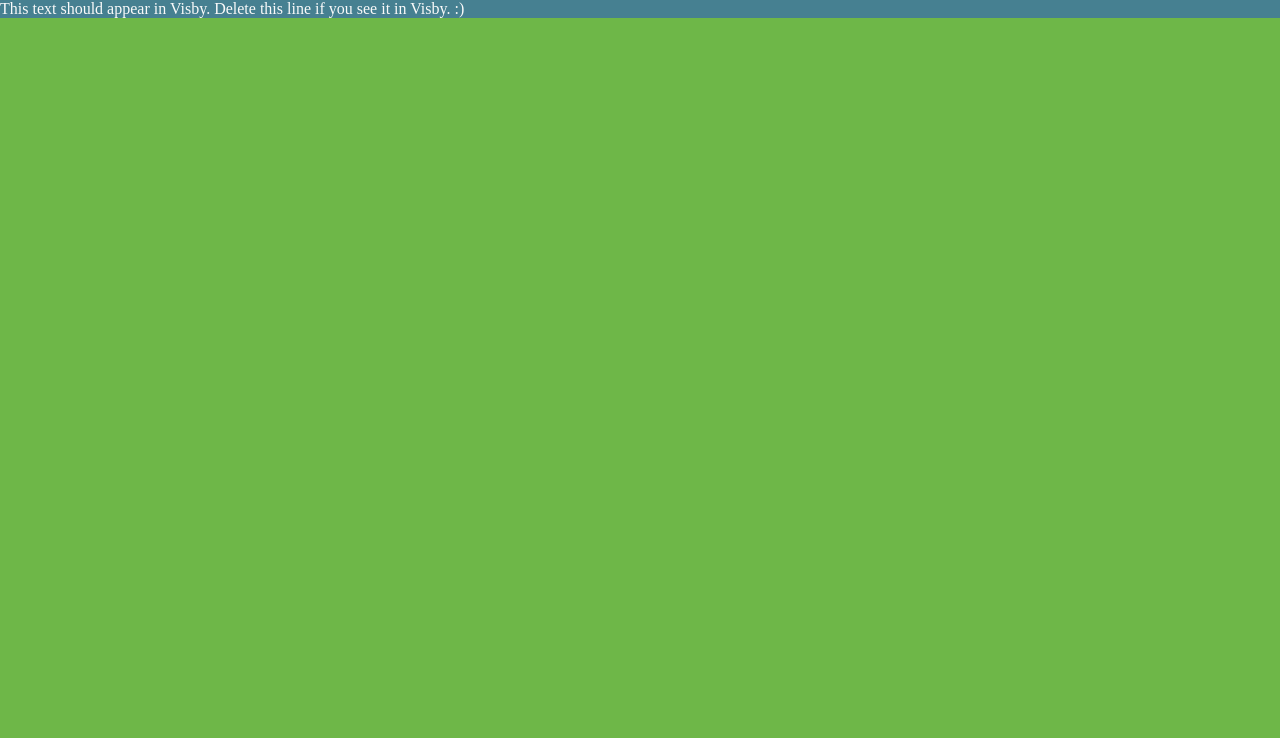
Repository: cindyvunguyen/fallacy
Page: index.html
These files come from the project's save history. The page is drawn as it stood at one moment and after the next save; the edit follows.
The browser window is 1280 px wide. The pictures show the whole page.
Some web fonts or font styles are not loaded; a fallback is used.

Above is the page before, as saved 2020-03-12 16:12:46.

After the next save:
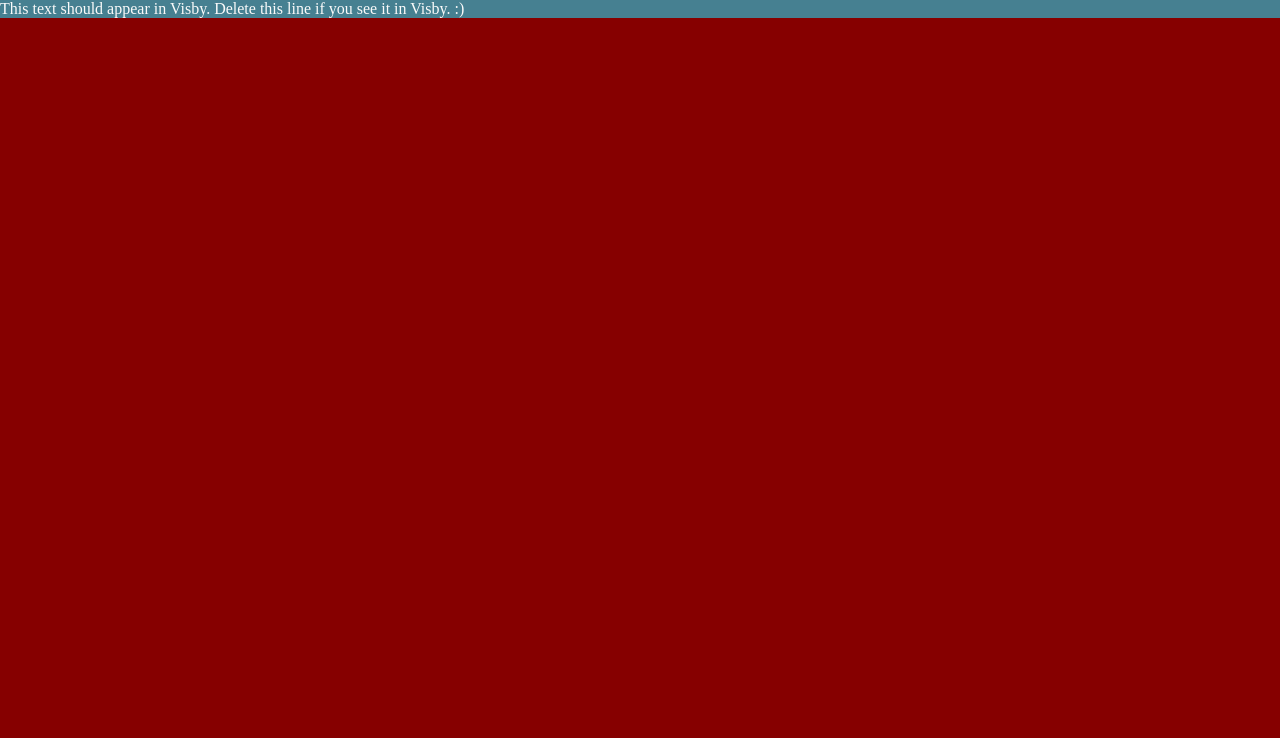
Saved 3 min 20 s later.
--- a/style.css
+++ b/style.css
@@ -29,8 +29,8 @@
 #correct-page {
     width: 100vw;
     height: 100vh;
-    display: flex;
-    /* display: none; */
+    /* display: flex; */
+    display: none;
     flex-direction: column;
     align-items: center;
     justify-content: center;
@@ -76,8 +76,8 @@
 #incorrect-page {
     width: 100vw;
     height: 100vh;
-    /* display: flex; */
-    display: none;
+    display: flex;
+    /* display: none; */
     flex-direction: column;
     align-items: center;
     justify-content: center;

After the 2 saves that followed:
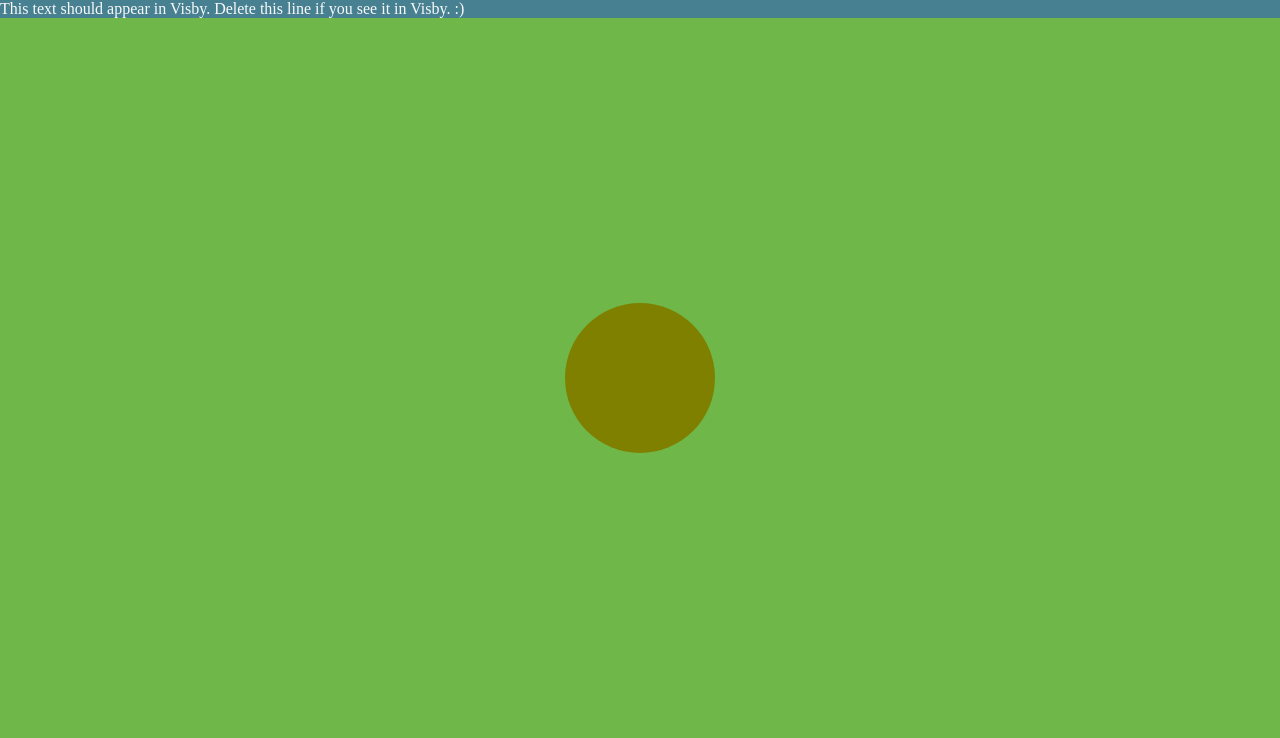
The 2 saves are shown as one change because 1 left the picture as it was.
The last was saved 2 min 55 s later.
--- a/index.html
+++ b/index.html
@@ -23,7 +23,9 @@
 
         <!-- SOPHIA START -->
 
-        <div id="correct-page"></div>
+        <div id="correct-page">
+            <div id="correct-icon"></div>
+        </div>
 
         <div id="incorrect-page"></div>
 
--- a/style.css
+++ b/style.css
@@ -29,8 +29,8 @@
 #correct-page {
     width: 100vw;
     height: 100vh;
-    /* display: flex; */
-    display: none;
+    display: flex;
+    /* display: none; */
     flex-direction: column;
     align-items: center;
     justify-content: center;
@@ -76,8 +76,8 @@
 #incorrect-page {
     width: 100vw;
     height: 100vh;
-    display: flex;
-    /* display: none; */
+    /* display: flex; */
+    display: none;
     flex-direction: column;
     align-items: center;
     justify-content: center;
